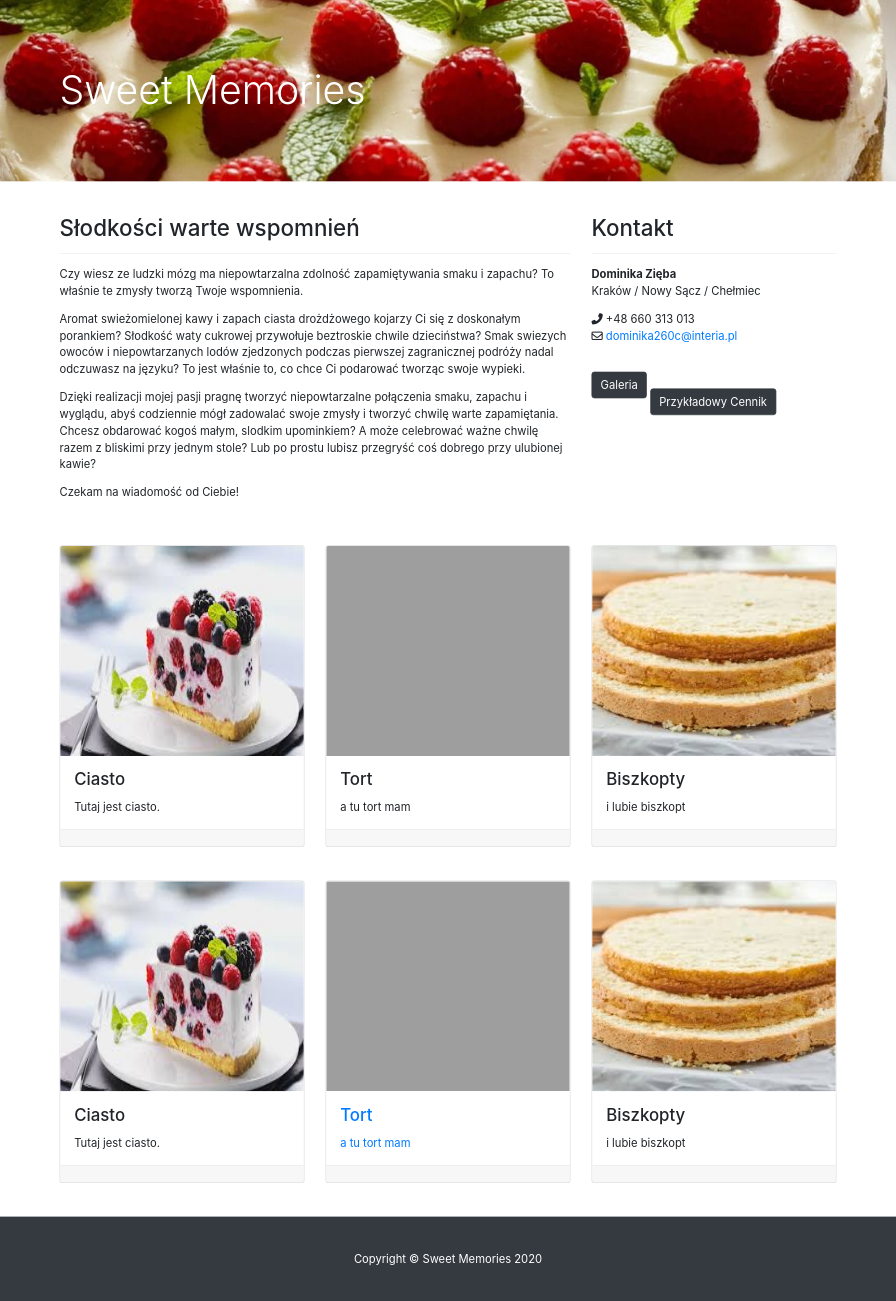
Repository: dominika260c/sweet_memories
Page: index.html
An editor plug-in stored every save of this project. The page is shown before and after the next save, followed by the edit.
The browser window is 1280 px wide. The pictures show the whole page, at 70% of full size.
Pictures or frames that could not be fetched are drawn as grey boxes. Some web libraries are served in a nearby version.

Above is the page before, as saved 2020-07-02 16:38:28.

### index.html
<!DOCTYPE html>
<html lang="en">
  <head>
    <!-- Required meta tags -->
    <meta charset="utf-8" />
    <meta
      name="viewport"
      content="width=device-width, initial-scale=1, shrink-to-fit=no"
    />

    <!-- Bootstrap CSS -->
    <link
      rel="stylesheet"
      href="https://stackpath.bootstrapcdn.com/bootstrap/4.5.0/css/bootstrap.min.css"
      integrity="sha384-9aIt2nRpC12Uk9gS9baDl411NQApFmC26EwAOH8WgZl5MYYxFfc+NcPb1dKGj7Sk"
      crossorigin="anonymous"
    />
    <link rel="stylesheet" href="./style.css" />

    <title>Sweet Memories</title>
  </head>
  <body>
    <!-- Navigation -->
    <!-- <nav class="navbar navbar-expand-lg navbar-dark bg-dark fixed-top">
      <div class="container">
        <a class="navbar-brand" href="#">Start Bootstrap</a>
        <button
          class="navbar-toggler"
          type="button"
          data-toggle="collapse"
          data-target="#navbarResponsive"
          aria-controls="navbarResponsive"
          aria-expanded="false"
          aria-label="Toggle navigation"
        >
          <span class="navbar-toggler-icon"></span>
        </button>
        <div class="collapse navbar-collapse" id="navbarResponsive">
          <ul class="navbar-nav ml-auto">
            <li class="nav-item active">
              <a class="nav-link" href="#"
                >Home
                <span class="sr-only">(current)</span>
              </a>
            </li>
            <li class="nav-item">
              <a class="nav-link" href="#">About</a>
            </li>
            <li class="nav-item">
              <a class="nav-link" href="#">Services</a>
            </li>
            <li class="nav-item">
              <a class="nav-link" href="#">Contact</a>
            </li>
          </ul>
        </div>
      </div>
    </nav> -->

    <!-- Header -->
    <!-- <h1>&nbsp</h1> -->
    <header class="bg-primary py-5 mb-5 coverclass">
      <div class="container h-100">
        <div class="row h-100 align-items-center">
          <div class="col-lg-12">
            <h1 class="display-4 text-white mt-5 mb-2">
              Sweet Memories
            </h1>
            <p class="lead mb-5 text-white-50"></p>
          </div>
        </div>
      </div>
    </header>

    <!-- Page Content -->
    <div class="container">
      <div class="row">
        <div class="col-md-8 mb-5">
          <h2>Słodkości warte wspomnień</h2>
          <hr />
          <p>
            Czy wiesz ze ludzki mózg ma niepowtarzalna zdolność zapamiętywania
            smaku i zapachu? To właśnie te zmysły tworzą Twoje wspomnienia.
          </p>
          <p>
            Aromat swieżomielonej kawy i zapach ciasta drożdżowego kojarzy Ci
            się z doskonałym porankiem? Słodkość waty cukrowej przywołuje
            beztroskie chwile dzieciństwa? Smak swiezych owoców i
            niepowtarzanych lodów zjedzonych podczas pierwszej zagranicznej
            podróży nadal odczuwasz na języku? To jest właśnie to, co chce Ci
            podarować tworząc swoje wypieki.
          </p>
          <p>
            Dzięki realizacji mojej pasji pragnę tworzyć niepowtarzalne
            połączenia smaku, zapachu i wyglądu, abyś codziennie mógł zadowalać
            swoje zmysły i tworzyć chwilę warte zapamiętania. Chcesz obdarować
            kogoś małym, slodkim upominkiem? A może celebrować ważne chwilę
            razem z bliskimi przy jednym stole? Lub po prostu lubisz przegryść
            coś dobrego przy ulubionej kawie?
          </p>
          <p>
            Czekam na wiadomość od Ciebie!
          </p>
          <!-- <a class="btn btn-primary btn-lg" href="#">Call to Action &raquo;</a> -->
        </div>
        <div class="col-md-4 mb-5">
          <h2>Kontakt</h2>
          <hr />
          <address>
            <strong>Dominika Zięba</strong>
            <br />Kraków / Nowy Sącz / Chełmiec <br />
          </address>
          <address>
            <abbr title="Phone"><i class="fas fa-phone-alt"></i></i></abbr>
            +48 660 313 013
            <br />
            <abbr title="Email"><i class="far fa-envelope"></i></abbr>
            <a href="mailto:#">dominika260c@interia.pl</a>
          </address>
          <br />
          <button type="button" class="btn btn-dark mb-5">Galeria</button>
          <button type="button" class="btn btn-dark">Przykładowy Cennik</button>
        </div>
      </div>
      <!-- /.row -->

      <div class="row">
        <div class="col-md-4 mb-5">
          <div class="card h-100">
            <img
              class="card-img-top"
              src="data:[embedded picture, 10383 characters]"
              alt=""
            />
            <div class="card-body">
              <h4 class="card-title">Ciasto</h4>
              <p class="card-text">
                Tutaj jest ciasto.
              </p>
            </div>
            <div class="card-footer">
              <!-- <a href="#" class="btn btn-primary">Find Out More!</a> -->
            </div>
          </div>
        </div>

        <div class="col-md-4 mb-5">
          <div class="card h-100">
            <img
              class="card-img-top"
              src="https://images.pexels.com/photos/291528/pexels-photo-291528.jpeg?auto=compress&cs=tinysrgb&dpr=1&w=500"
              alt=""
            />
            <div class="card-body">
              <h4 class="card-title">Tort</h4>
              <p class="card-text">
                a tu tort mam
              </p>
            </div>
            <div class="card-footer">
              <!-- <a href="#" class="btn btn-primary">Find Out More!</a> -->
            </div>
          </div>
        </div>
        <div class="col-md-4 mb-5">
          <div class="card h-100">
            <img
              class="card-img-top"
              src="data:[embedded picture, 10711 characters]"
              alt=""
            />
            <div class="card-body">
              <h4 class="card-title">Biszkopty</h4>
              <p class="card-text">
                i lubie biszkopt
              </p>
            </div>
            <div class="card-footer">
              <!-- <a href="#" class="btn btn-primary">Find Out More!</a> -->
            </div>
          </div>
        </div>
      </div>
      <!-- /.row -->
      <div class="row">
        <div class="col-md-4 mb-5">
          <div class="card h-100">
            <img
              class="card-img-top"
              src="data:[embedded picture, 10383 characters]"
              alt=""
            />
            <div class="card-body">
              <h4 class="card-title">Ciasto</h4>
              <p class="card-text">
                Tutaj jest ciasto.
              </p>
            </div>
            <div class="card-footer">
              <!-- <a href="#" class="btn btn-primary">Find Out More!</a> -->
            </div>
          </div>
        </div>

        <div class="col-md-4 mb-5">
          <a href="#">
            <div class="card h-100">
              <img
                class="card-img-top"
                src="https://images.pexels.com/photos/291528/pexels-photo-291528.jpeg?auto=compress&cs=tinysrgb&dpr=1&w=500"
                alt=""
              />

              <div class="card-body">
                <h4 class="card-title">Tort</h4>
                <p class="card-text">
                  a tu tort mam
                </p>
              </div>
              <div class="card-footer">
                <!-- <a href="#" class="btn btn-primary">Find Out More!</a> -->
              </div>
            </div>
          </a>
        </div>

        <div class="col-md-4 mb-5">
          <div class="card h-100">
            <img
              class="card-img-top"
              src="data:[embedded picture, 10711 characters]"
              alt=""
            />
            <div class="card-body">
              <h4 class="card-title">Biszkopty</h4>
              <p class="card-text">
                i lubie biszkopt
              </p>
            </div>
            <div class="card-footer">
              <!-- <a href="#" class="btn btn-primary">Find Out More!</a> -->
            </div>
          </div>
        </div>
      </div>
    </div>
    <!-- /.container -->

    <!-- Footer -->
    <footer class="py-5 bg-dark">
      <div class="container">
        <p class="m-0 text-center text-white">
          Copyright &copy; Sweet Memories 2020
        </p>
      </div>
      <!-- /.container -->
    </footer>

    <!-- Optional JavaScript -->
    <!-- jQuery first, then Popper.js, then Bootstrap JS -->
    <script
      src="https://code.jquery.com/jquery-3.5.1.slim.min.js"
      integrity="sha384-DfXdz2htPH0lsSSs5nCTpuj/zy4C+OGpamoFVy38MVBnE+IbbVYUew+OrCXaRkfj"
      crossorigin="anonymous"
    ></script>
    <script
      src="https://cdn.jsdelivr.net/npm/popper.js@1.16.0/dist/umd/popper.min.js"
      integrity="sha384-Q6E9RHvbIyZFJoft+2mJbHaEWldlvI9IOYy5n3zV9zzTtmI3UksdQRVvoxMfooAo"
      crossorigin="anonymous"
    ></script>
    <script
      src="https://stackpath.bootstrapcdn.com/bootstrap/4.5.0/js/bootstrap.min.js"
      integrity="sha384-OgVRvuATP1z7JjHLkuOU7Xw704+h835Lr+6QL9UvYjZE3Ipu6Tp75j7Bh/kR0JKI"
      crossorigin="anonymous"
    ></script>
    <!-- FontAwesome -->
    <script
      src="https://kit.fontawesome.com/7583665fdc.js"
      crossorigin="anonymous"
    ></script>
  </body>
</html>

### style.css
.coverclass {
  background-image: url(./img/ciasto1.jpg);
  background-position: center;
}

.card-img-top {
  height: 300px;
}

After the next save:
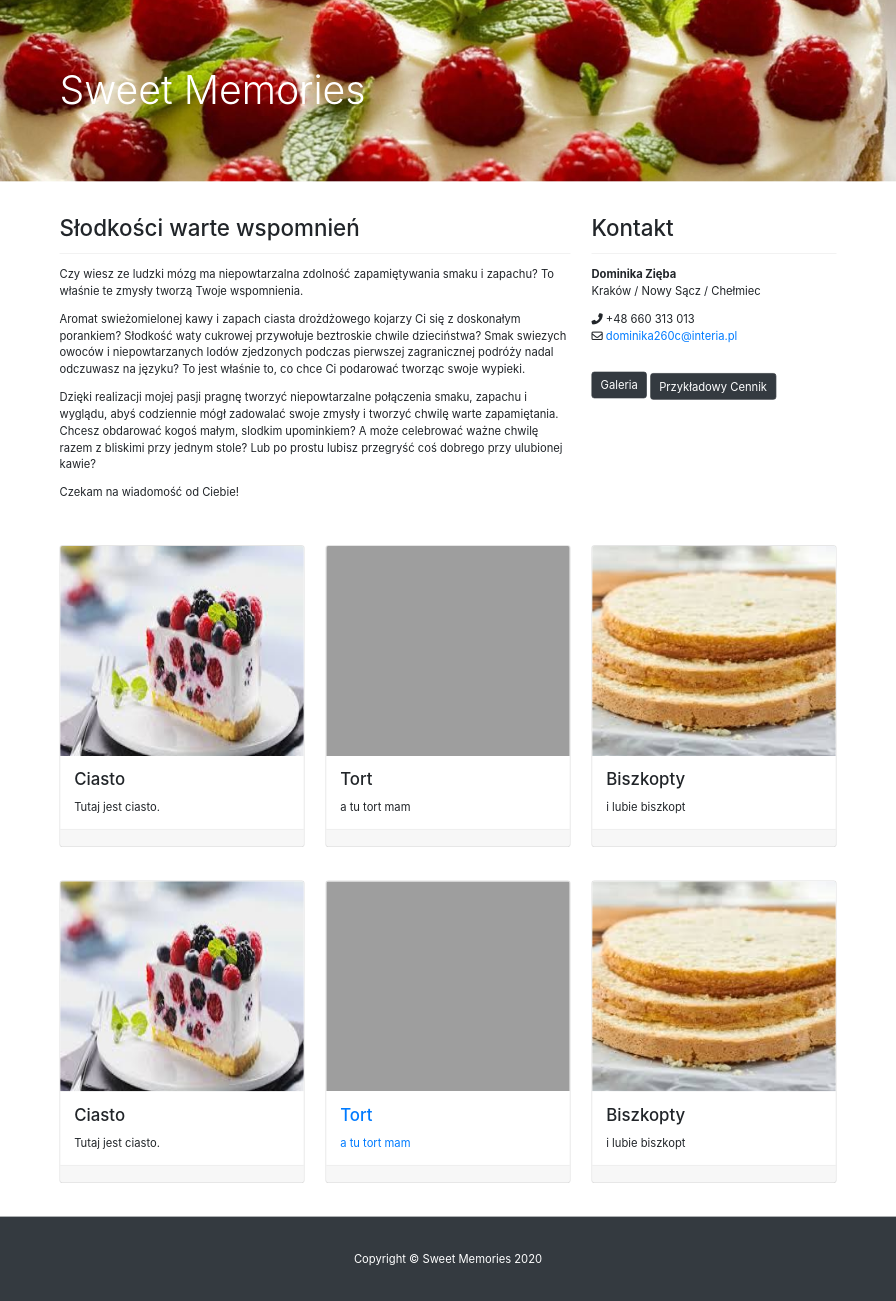
Saved 4 s later.
--- a/index.html
+++ b/index.html
@@ -118,7 +118,7 @@
             <a href="mailto:#">dominika260c@interia.pl</a>
           </address>
           <br />
-          <button type="button" class="btn btn-dark mb-5">Galeria</button>
+          <button type="button" class="btn btn-dark mb-1">Galeria</button>
           <button type="button" class="btn btn-dark">Przykładowy Cennik</button>
         </div>
       </div>
